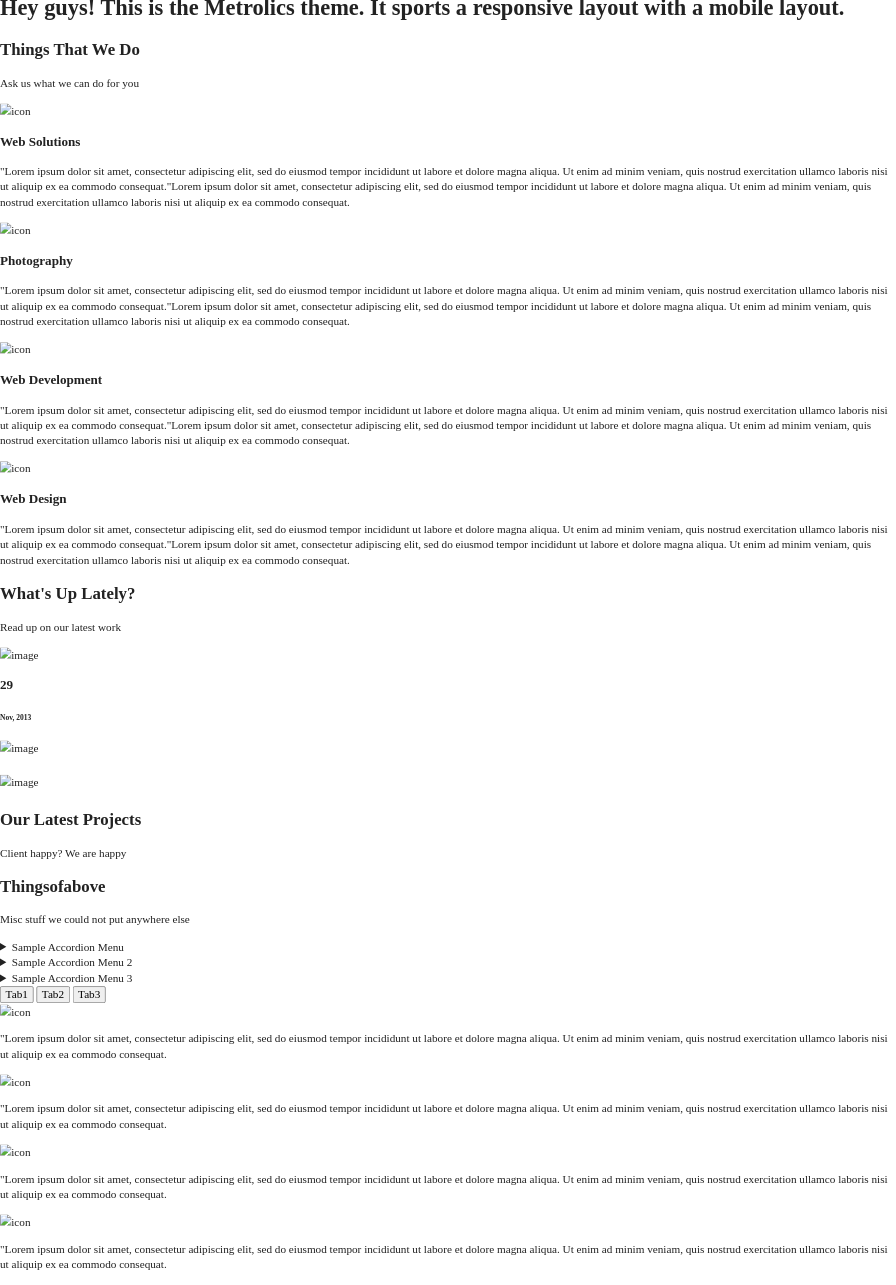
Repository: eilidhma/metrolics
Page: index.html
An editor plug-in stored every save of this project. The page is shown before and after the next save, followed by the edit.
The browser window is 1280 px wide. The pictures show the part of the page from y = 777 to 2697 px (the page is 2612 px tall before and 2697 px after), at 70% of full size.

Above is the page before, as saved 2021-01-27 00:09:00.

### index.html
<!doctype html>
<html class="no-js" lang="">

<head>
  <meta charset="utf-8">
  <title>Metrolics</title>
  <meta name="description" content="">
  <meta name="viewport" content="width=device-width, initial-scale=1">

  <meta property="og:title" content="">
  <meta property="og:type" content="">
  <meta property="og:url" content="">
  <meta property="og:image" content="">

  <link rel="manifest" href="site.webmanifest">
  <link rel="apple-touch-icon" href="icon.png">
  <!-- Place favicon.ico in the root directory -->

  <link rel="stylesheet" href="css/normalize.css">
  <link rel="stylesheet" href="css/main.css">

  <meta name="theme-color" content="#fafafa">
</head>


<!-- Add your site or application content here -->
<body class="page__home">
  <header class="page__header">
    <div class="page__title">
      <h1 class="large__headings">Metrolics</h1>
      <img src="" alt="metrolics__logo" class="header__icon">
    </div>
    <nav class="page__navigation">
      <ul class="navigation__section">
        <li class="navigation_items">
          <img src="" alt="home__icon" class="nav__icons">
          <p class="nav__titles">Home</p>
        </li>
        <li class="navigation_items">
          <img src="" alt="pages__icon" class="nav__icons">
          <p class="nav__titles">Pages</p>
        </li>
        <li class="navigation_items">
          <img src="" alt="blog__icon" class="nav__icons">
          <p class="nav__titles">Blog</p>
        </li>
        <li class="navigation_items">
          <img src="" alt="portfolio__icon" class="nav__icons">
          <p class="nav__titles">Portfolio</p>
        </li>
        <li class="navigation_items">
          <img src="" alt="mail__icon" class="nav__icons">
          <p class="nav__titles">Home</p>
        </li>
      </ul>
    </nav>
  </header>

  <section class="hero__section">
    <img src="" alt="hero__images">
    <ul class="hero__headings">
      <li>
        <div class="hero__headings__colour1"></div>
        <h2 class="medium__headings">Metro Style</h2>
      </li>
      <li>
        <div class="hero__headings__colour2"></div>
        <h2 class="medium__headings">Retina Ready</h2>
      </li>
      <li>
        <div class="hero__headings__colour3"></div>
        <h2 class="medium__headings">Responsive Design</h2>
      </li>
    </ul>
    <a class="prev" onclick="">
      <img src="" alt="previous button" class="prev__icon">
    </a>
    <a class="next" onclick="">
      <img src="" alt="next button" class="next__icon">
    </a>
  </section>

  <main class="page__main">
    <h1 class="large__headings">Hey guys! This is the Metrolics theme. It sports a responsive layout with a mobile layout.</h1>
    <h2 class="medium__headings">Things That We Do</h2>
    <p class="main__text">Ask us what we can do for you</p>

    <section class="main__content__four__columns">
      <div class="four_column_item">
        <img src="" alt="icon" class="four_column_icon">
        <h3 class="four_column_headers">Web Solutions</h3>
        <p class="four_column_text">"Lorem ipsum dolor sit amet, consectetur adipiscing elit, sed do eiusmod tempor incididunt ut labore et dolore magna aliqua. Ut enim ad minim veniam, quis nostrud exercitation ullamco laboris nisi ut aliquip ex ea commodo consequat."Lorem ipsum dolor sit amet, consectetur adipiscing elit, sed do eiusmod tempor incididunt ut labore et dolore magna aliqua. Ut enim ad minim veniam, quis nostrud exercitation ullamco laboris nisi ut aliquip ex ea commodo consequat.</p>
      </div>
      <div class="four_column_item">
        <img src="" alt="icon" class="four_column_icon">
        <h3 class="four_column_headers">Photography</h3>
        <p class="four_column_text">"Lorem ipsum dolor sit amet, consectetur adipiscing elit, sed do eiusmod tempor incididunt ut labore et dolore magna aliqua. Ut enim ad minim veniam, quis nostrud exercitation ullamco laboris nisi ut aliquip ex ea commodo consequat."Lorem ipsum dolor sit amet, consectetur adipiscing elit, sed do eiusmod tempor incididunt ut labore et dolore magna aliqua. Ut enim ad minim veniam, quis nostrud exercitation ullamco laboris nisi ut aliquip ex ea commodo consequat.</p>
      </div>
      <div class="four_column_item">
        <img src="" alt="icon" class="four_column_icon">
        <h3 class="four_column_headers">Web Development</h3>
        <p class="four_column_text">"Lorem ipsum dolor sit amet, consectetur adipiscing elit, sed do eiusmod tempor incididunt ut labore et dolore magna aliqua. Ut enim ad minim veniam, quis nostrud exercitation ullamco laboris nisi ut aliquip ex ea commodo consequat."Lorem ipsum dolor sit amet, consectetur adipiscing elit, sed do eiusmod tempor incididunt ut labore et dolore magna aliqua. Ut enim ad minim veniam, quis nostrud exercitation ullamco laboris nisi ut aliquip ex ea commodo consequat.</p>
      </div>
      <div class="four_column_item">
        <img src="" alt="icon" class="four_column_icon">
        <h3 class="four_column_headers">Web Design</h3>
        <p class="four_column_text">"Lorem ipsum dolor sit amet, consectetur adipiscing elit, sed do eiusmod tempor incididunt ut labore et dolore magna aliqua. Ut enim ad minim veniam, quis nostrud exercitation ullamco laboris nisi ut aliquip ex ea commodo consequat."Lorem ipsum dolor sit amet, consectetur adipiscing elit, sed do eiusmod tempor incididunt ut labore et dolore magna aliqua. Ut enim ad minim veniam, quis nostrud exercitation ullamco laboris nisi ut aliquip ex ea commodo consequat.</p>
      </div>
    </section>

    <h2 class="medium__headings">What's Up Lately?</h2>
    <p class="main__text">Read up on our latest work</p>

    <section class="main__content__three__columns">
      <div class="three__column__item">
        <img src="" alt="image" class="content__image">
        <div class="corner__content">
          <h3 class="three__column__headers">29</h3>
          <h6 class="subtext">Nov, 2013</h6>
        </div>
      </div>
      <div class="three__column__item">
        <img src="" alt="image" class="content__image">
        <div class="corner__content">
          <h3 class="three__column__headers"></h3>
          <h6 class="subtext"></h6>
      </div>
      <div class="three__column__item">
        <img src="" alt="image" class="content__image">
        <div class="corner__content">
          <h3 class="three__column__headers"></h3>
          <h6 class="subtext"></h6>
      </div>
    </section>

    <!-- SLIDER??? -->

    <h2 class="medium__headings">Our Latest Projects</h2>
    <p class="main__text">Client happy? We are happy</p>

    <section>
      <div></div>
      <div></div>
      <div></div>
      <div></div>
      <div></div>
      <div></div>
    </section>

    <h2 class="medium__headings">Thingsofabove</h2>
    <p class="main__text">Misc stuff we could not put anywhere else</p>

    <section class="detailed_content">
      <div class="menus">
        <details class="menus_items">
          <summary class="menu_titles">Sample Accordion Menu</summary>
          <img src="" alt="menu item icon" class="menu_icons">
          <h4 class="menu__content__titles"></h4>
          <p class="menu__content__text"></p>
        </details>
        <details class="menus_items">
          <summary class="menu_titles">Sample Accordion Menu 2</summary>
          <img src="" alt="menu item icon" class="menu_icons">
          <h4 class="menu__content__titles"></h4>
          <p class="menu__content__text"></p>
        </details>
        <details class="menus_items">
          <summary class="menu_titles">Sample Accordion Menu 3</summary>
          <img src="" alt="menu item icon" class="menu_icons">
          <h4 class="menu__content__titles"></h4>
          <p class="menu__content__text"></p>
        </details>
      </div>
      <div class="tabs">
        <nav class="tab_nav">
          <button class="tab__buttons" onclick="">Tab1</button>
          <button class="tab__buttons" onclick="">Tab2</button>
          <button class="tab__buttons" onclick="">Tab3</button>
        </nav>
        <div class="tab__content">
          <div class="tab__items">
            <img src="" alt="icon" class="tab__icons">
            <p class="tab__text">"Lorem ipsum dolor sit amet, consectetur adipiscing elit, sed do eiusmod tempor incididunt ut labore et dolore magna aliqua. Ut enim ad minim veniam, quis nostrud exercitation ullamco laboris nisi ut aliquip ex ea commodo consequat. </p>
          </div>
          <div class="tab__items">
            <img src="" alt="icon" class="tab__icons">
            <p class="tab__text">"Lorem ipsum dolor sit amet, consectetur adipiscing elit, sed do eiusmod tempor incididunt ut labore et dolore magna aliqua. Ut enim ad minim veniam, quis nostrud exercitation ullamco laboris nisi ut aliquip ex ea commodo consequat. </p>
          </div>
          <div class="tab__items">
            <img src="" alt="icon" class="tab__icons">
            <p class="tab__text">"Lorem ipsum dolor sit amet, consectetur adipiscing elit, sed do eiusmod tempor incididunt ut labore et dolore magna aliqua. Ut enim ad minim veniam, quis nostrud exercitation ullamco laboris nisi ut aliquip ex ea commodo consequat. </p>
          </div>
          <div class="tab__items">
            <img src="" alt="icon" class="tab__icons">
            <p class="tab__text">"Lorem ipsum dolor sit amet, consectetur adipiscing elit, sed do eiusmod tempor incididunt ut labore et dolore magna aliqua. Ut enim ad minim veniam, quis nostrud exercitation ullamco laboris nisi ut aliquip ex ea commodo consequat. </p>
          </div>
        </div>
      </div>
    </section>
  </main>





  <script src="js/vendor/modernizr-3.11.2.min.js"></script>
  <script src="js/plugins.js"></script>
  <script src="js/main.js"></script>

  <!-- Google Analytics: change UA-XXXXX-Y to be your site's ID. -->
  <script>
    window.ga = function () { ga.q.push(arguments) }; ga.q = []; ga.l = +new Date;
    ga('create', 'UA-XXXXX-Y', 'auto'); ga('set', 'anonymizeIp', true); ga('set', 'transport', 'beacon'); ga('send', 'pageview')
  </script>
  <script src="https://www.google-analytics.com/analytics.js" async></script>
</body>

</html>

### css/main.css
/*! HTML5 Boilerplate v8.0.0 | MIT License | https://html5boilerplate.com/ */

/* main.css 2.1.0 | MIT License | https://github.com/h5bp/main.css#readme */
/*
 * What follows is the result of much research on cross-browser styling.
 * Credit left inline and big thanks to Nicolas Gallagher, Jonathan Neal,
 * Kroc Camen, and the H5BP dev community and team.
 */

/* ==========================================================================
   Base styles: opinionated defaults
   ========================================================================== */

html {
  color: #222;
  font-size: 1em;
  line-height: 1.4;
}

/*
 * Remove text-shadow in selection highlight:
 * https://twitter.com/miketaylr/status/12228805301
 *
 * Vendor-prefixed and regular ::selection selectors cannot be combined:
 * https://stackoverflow.com/a/16982510/7133471
 *
 * Customize the background color to match your design.
 */

::-moz-selection {
  background: #b3d4fc;
  text-shadow: none;
}

::selection {
  background: #b3d4fc;
  text-shadow: none;
}

/*
 * A better looking default horizontal rule
 */

hr {
  display: block;
  height: 1px;
  border: 0;
  border-top: 1px solid #ccc;
  margin: 1em 0;
  padding: 0;
}

/*
 * Remove the gap between audio, canvas, iframes,
 * images, videos and the bottom of their containers:
 * https://github.com/h5bp/html5-boilerplate/issues/440
 */

audio,
canvas,
iframe,
img,
svg,
video {
  vertical-align: middle;
}

/*
 * Remove default fieldset styles.
 */

fieldset {
  border: 0;
  margin: 0;
  padding: 0;
}

/*
 * Allow only vertical resizing of textareas.
 */

textarea {
  resize: vertical;
}

/* ==========================================================================
   Author's custom styles
   ========================================================================== */

/* ==========================================================================
   Helper classes
   ========================================================================== */

/*
 * Hide visually and from screen readers
 */

.hidden,
[hidden] {
  display: none !important;
}

/*
 * Hide only visually, but have it available for screen readers:
 * https://snook.ca/archives/html_and_css/hiding-content-for-accessibility
 *
 * 1. For long content, line feeds are not interpreted as spaces and small width
 *    causes content to wrap 1 word per line:
 *    https://medium.com/@jessebeach/beware-smushed-off-screen-accessible-text-5952a4c2cbfe
 */

.sr-only {
  border: 0;
  clip: rect(0, 0, 0, 0);
  height: 1px;
  margin: -1px;
  overflow: hidden;
  padding: 0;
  position: absolute;
  white-space: nowrap;
  width: 1px;
  /* 1 */
}

/*
 * Extends the .sr-only class to allow the element
 * to be focusable when navigated to via the keyboard:
 * https://www.drupal.org/node/897638
 */

.sr-only.focusable:active,
.sr-only.focusable:focus {
  clip: auto;
  height: auto;
  margin: 0;
  overflow: visible;
  position: static;
  white-space: inherit;
  width: auto;
}

/*
 * Hide visually and from screen readers, but maintain layout
 */

.invisible {
  visibility: hidden;
}

/*
 * Clearfix: contain floats
 *
 * For modern browsers
 * 1. The space content is one way to avoid an Opera bug when the
 *    `contenteditable` attribute is included anywhere else in the document.
 *    Otherwise it causes space to appear at the top and bottom of elements
 *    that receive the `clearfix` class.
 * 2. The use of `table` rather than `block` is only necessary if using
 *    `:before` to contain the top-margins of child elements.
 */

.clearfix::before,
.clearfix::after {
  content: " ";
  display: table;
}

.clearfix::after {
  clear: both;
}

/* ==========================================================================
   EXAMPLE Media Queries for Responsive Design.
   These examples override the primary ('mobile first') styles.
   Modify as content requires.
   ========================================================================== */

@media only screen and (min-width: 35em) {
  /* Style adjustments for viewports that meet the condition */
}

@media print,
  (-webkit-min-device-pixel-ratio: 1.25),
  (min-resolution: 1.25dppx),
  (min-resolution: 120dpi) {
  /* Style adjustments for high resolution devices */
}

/* ==========================================================================
   Print styles.
   Inlined to avoid the additional HTTP request:
   https://www.phpied.com/delay-loading-your-print-css/
   ========================================================================== */

@media print {
  *,
  *::before,
  *::after {
    background: #fff !important;
    color: #000 !important;
    /* Black prints faster */
    box-shadow: none !important;
    text-shadow: none !important;
  }

  a,
  a:visited {
    text-decoration: underline;
  }

  a[href]::after {
    content: " (" attr(href) ")";
  }

  abbr[title]::after {
    content: " (" attr(title) ")";
  }

  /*
   * Don't show links that are fragment identifiers,
   * or use the `javascript:` pseudo protocol
   */
  a[href^="#"]::after,
  a[href^="javascript:"]::after {
    content: "";
  }

  pre {
    white-space: pre-wrap !important;
  }

  pre,
  blockquote {
    border: 1px solid #999;
    page-break-inside: avoid;
  }

  /*
   * Printing Tables:
   * https://web.archive.org/web/20180815150934/http://css-discuss.incutio.com/wiki/Printing_Tables
   */
  thead {
    display: table-header-group;
  }

  tr,
  img {
    page-break-inside: avoid;
  }

  p,
  h2,
  h3 {
    orphans: 3;
    widows: 3;
  }

  h2,
  h3 {
    page-break-after: avoid;
  }
}

### js/plugins.js
// Avoid `console` errors in browsers that lack a console.
(function() {
  var method;
  var noop = function () {};
  var methods = [
    'assert', 'clear', 'count', 'debug', 'dir', 'dirxml', 'error',
    'exception', 'group', 'groupCollapsed', 'groupEnd', 'info', 'log',
    'markTimeline', 'profile', 'profileEnd', 'table', 'time', 'timeEnd',
    'timeline', 'timelineEnd', 'timeStamp', 'trace', 'warn'
  ];
  var length = methods.length;
  var console = (window.console = window.console || {});

  while (length--) {
    method = methods[length];

    // Only stub undefined methods.
    if (!console[method]) {
      console[method] = noop;
    }
  }
}());

// Place any jQuery/helper plugins in here.

Loaded but not shown: css/normalize.css (library); js/vendor/modernizr-3.11.2.min.js (library); js/main.js (no copy from this time; the picture is the same without it)

After the next save:
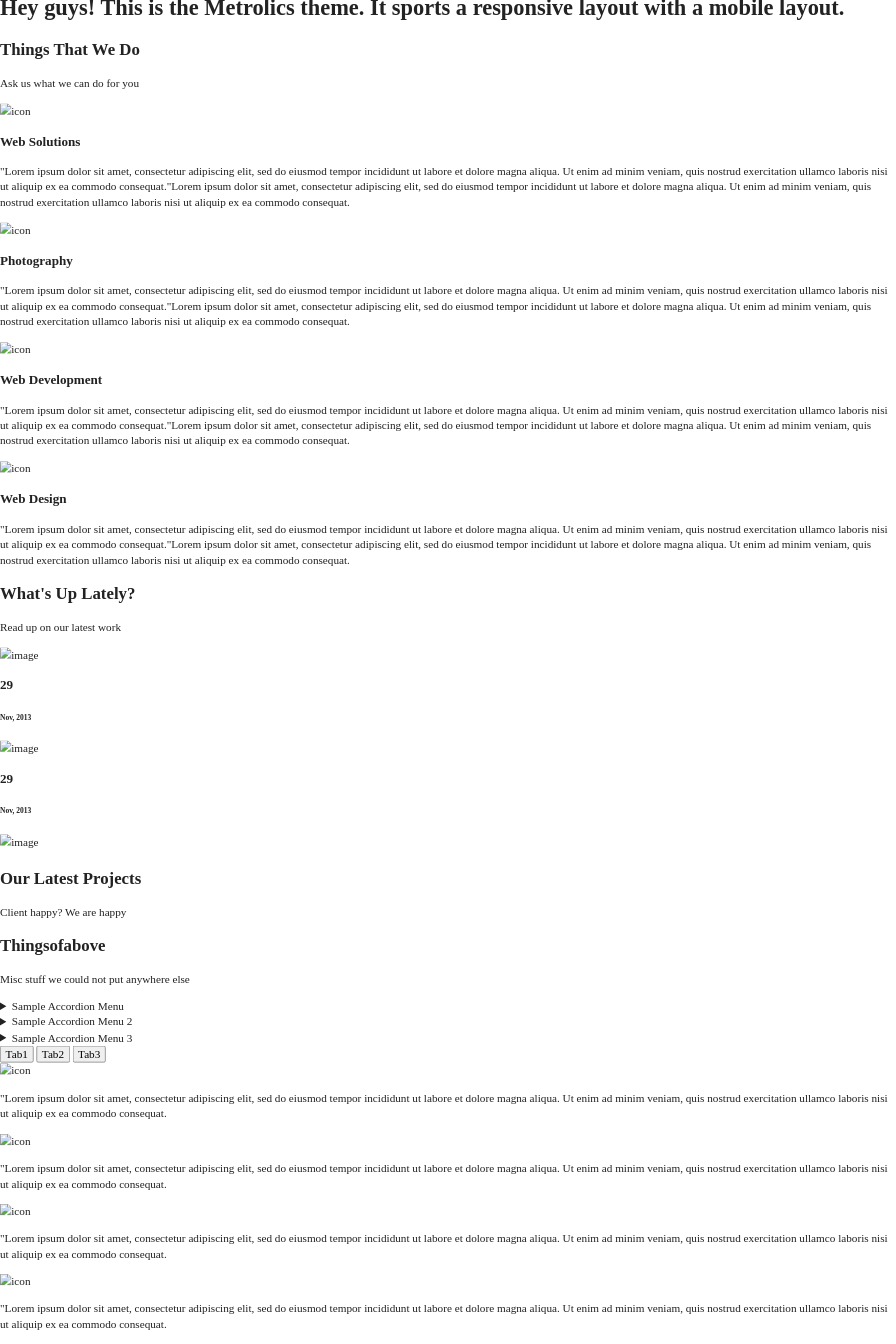
Saved 10 s later.
--- a/index.html
+++ b/index.html
@@ -122,8 +122,8 @@
       <div class="three__column__item">
         <img src="" alt="image" class="content__image">
         <div class="corner__content">
-          <h3 class="three__column__headers"></h3>
-          <h6 class="subtext"></h6>
+          <h3 class="three__column__headers">29</h3>
+          <h6 class="subtext">Nov, 2013</h6>
       </div>
       <div class="three__column__item">
         <img src="" alt="image" class="content__image">
